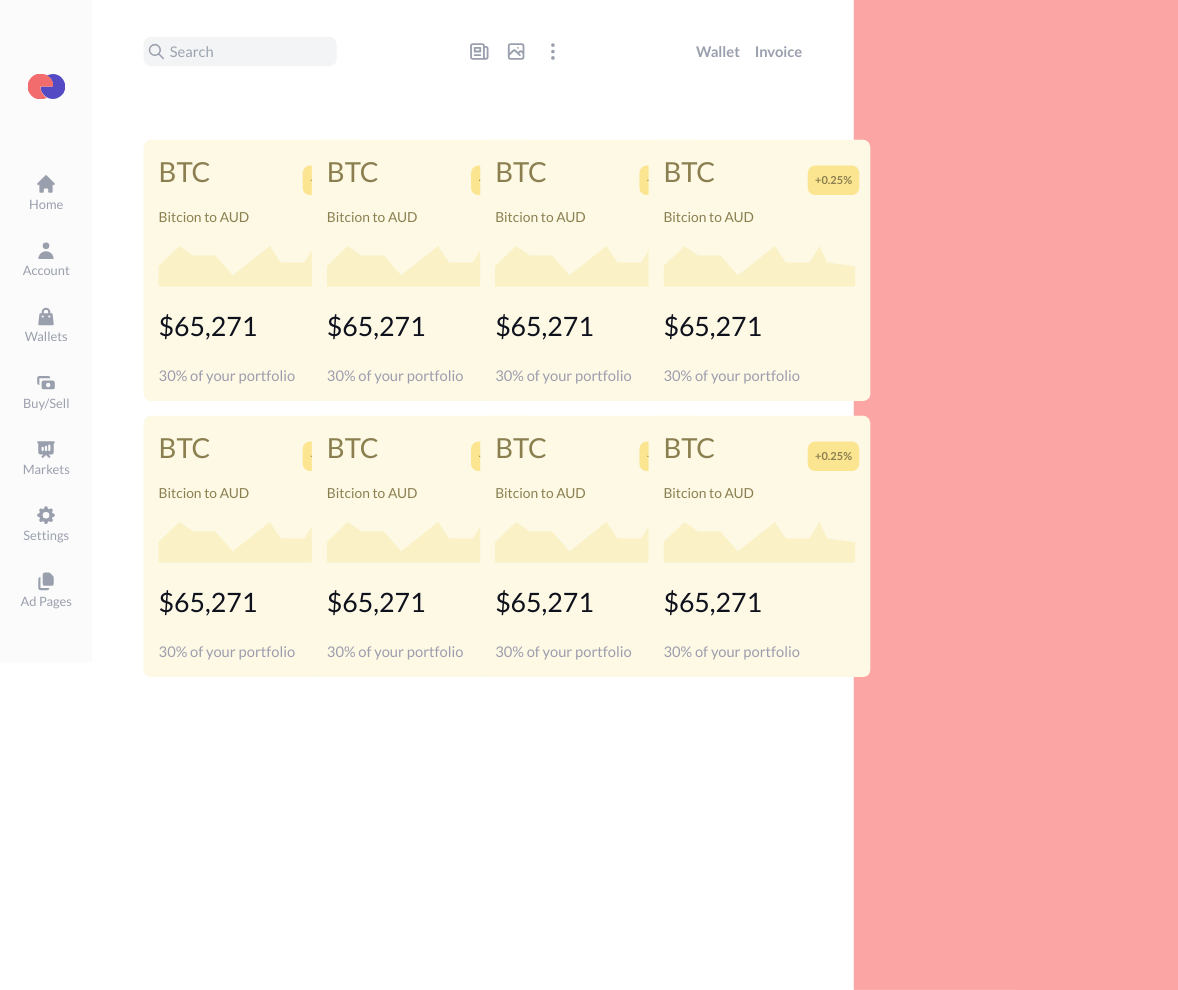
Repository: almaqdad55/crypto-app-nextjs
Page: /
These files come from the project's save history. The page is drawn as it stood at one moment and after the next save; the edit follows.
The browser window is 1280 px wide. The pictures show the whole page, at 92% of full size.
The project was rebuilt for these pictures with package versions that can differ from the ones it lists, and the page was loaded fresh each time. The framework's server and built-in components were replaced by stand-ins that run in the browser.

Above is the page before, as saved 2022-01-04 21:04:45.

### pages/index.js
import Head from 'next/head';
import Sidebar from '../components/Sidebar';
import Feed from '../components/Feed';
import Widget from '../components/Widget';

export default function Home() {
  return (
    <div className="">
      <Head>
        <title>Crypto Trade</title>
        <link rel="icon" href="/logo.svg" />
      </Head>

      <main className="flex">
        <Sidebar />
        <Feed />
        <Widget />
      </main>
    </div>
  );
}

### styles/globals.css
@import url('https://fonts.googleapis.com/css2?family=Lato:wght@300;400;700&display=swap');

@tailwind base;
@tailwind components;
@tailwind utilities;

@layer base {
  body {
    @apply bg-white font-Lato;
  }
}

@layer components {
  .icon-group {
    @apply flex flex-col  items-center text-sm cursor-pointer text-[#9A9FAD] hover:text-[#544AC3] transition duration-200;
  }
}

### components/Sidebar.jsx
import {
  HomeIcon,
  UserIcon,
  CashIcon,
  ShoppingBagIcon,
  PresentationChartBarIcon,
  CogIcon,
  DocumentDuplicateIcon,
} from '@heroicons/react/solid';

const Sidebar = () => {
  return (
    <div className="flex flex-col items-center  h-screen w-[142px]  bg-[#fbfbfb] ">
      <div className="mt-20">
        <img src="/logo.svg" alt="" />
      </div>
      <div className="mb-40 mt-20 flex flex-col space-y-7">
        <div className="icon-group group">
          <HomeIcon className="h-6 " />
          <span className="">Home</span>
        </div>
        <div className="icon-group group">
          <UserIcon className="h-6 " />
          <span className="">Account</span>
        </div>
        <div className="icon-group group">
          <ShoppingBagIcon className="h-6 " />
          <span className="">Wallets</span>
        </div>
        <div className="icon-group group ">
          <CashIcon className="h-6 " />
          <span className="">Buy/Sell</span>
        </div>
        <div className="icon-group group">
          <PresentationChartBarIcon className="h-6 " />
          <span className="">Markets</span>
        </div>
        <div className="icon-group group">
          <CogIcon className="h-6 " />
          <span className="">Settings</span>
        </div>
        <div className="icon-group group">
          <DocumentDuplicateIcon className="h-6 " />
          <span className="">Ad Pages</span>
        </div>
      </div>
    </div>
  );
};

export default Sidebar;

### components/Feed.jsx
import {
  DotsVerticalIcon,
  PhotographIcon,
  NewspaperIcon,
  SearchIcon,
} from '@heroicons/react/outline';

import Card from './Card';

// import { SearchIcon } from '@heroicons/react/solid';
const Feed = () => {
  return (
    <div className=" flex-grow  bg-white px-14 py-10 space-y-20">
      {/* Top Menu */}
      <div className="flex items-center  justify-between ">
        <div className="flex items-center bg-[#F2F4F5] rounded-lg p-1 space-x-1">
          <SearchIcon className="h-5 text-[#9A9FAD]" />
          <input
            type="text"
            placeholder={`Search`}
            className="outline-none bg-[#F2F4F5]"
          />
        </div>
        <div className="flex space-x-4 text-[#9A9FAD] ">
          <NewspaperIcon className="h-6 " />
          <PhotographIcon className="h-6 " />
          <DotsVerticalIcon className="h-6 " />
        </div>
        <div className="flex text-[16px] font-bold space-x-4 text-[#9A9FAD]  ">
          <p className="">Wallet</p>
          <p className="">Invoice</p>
        </div>
      </div>

      {/* Cards Display */}
      <div className="grid grid-cols-4 grid-rows-3 gap-4">
        <Card />
        <Card />
        <Card />
        <Card />
        <Card />
        <Card />
        <Card />
        <Card />
      </div>
    </div>
  );
};

export default Feed;

### components/Widget.jsx
const Widget = () => {
  return <div className="bg-red-300 min-w-[352px]"></div>;
};

export default Widget;

### components/Card.jsx
const Card = () => {
  return (
    <div className="  flex flex-col justify-between w-[241px] h-[284px] bg-[#FDF9E5] rounded-lg relative text-[#8B7F50] p-4">
      <div className="absolute bg-[#FBE591] text-[#8B7F50] text-xs rounded-lg p-2 font-bold top-7 right-3">
        +0.25%
      </div>
      <h1 className="text-3xl ">BTC</h1>
      <p className="text-[15px]">Bitcion to AUD</p>

      <img src="/bg-btc.svg" alt="" className="  " />
      <p className="text-[29px] text-[#0F111D]">$65,271</p>
      <p className="text-[#9D9DAE]">30% of your portfolio</p>
    </div>
  );
};

export default Card;

### tailwind.config.js
module.exports = {
  content: [
    './pages/**/*.{js,ts,jsx,tsx}',
    './components/**/*.{js,ts,jsx,tsx}',
  ],
  theme: {
    extend: {
      fontFamily: {
        Lato: ['Lato', 'sans-serif'],
      },
    },
  },
  plugins: [],
};

Loaded but not shown: pages/_app.js (common file)

After the next save:
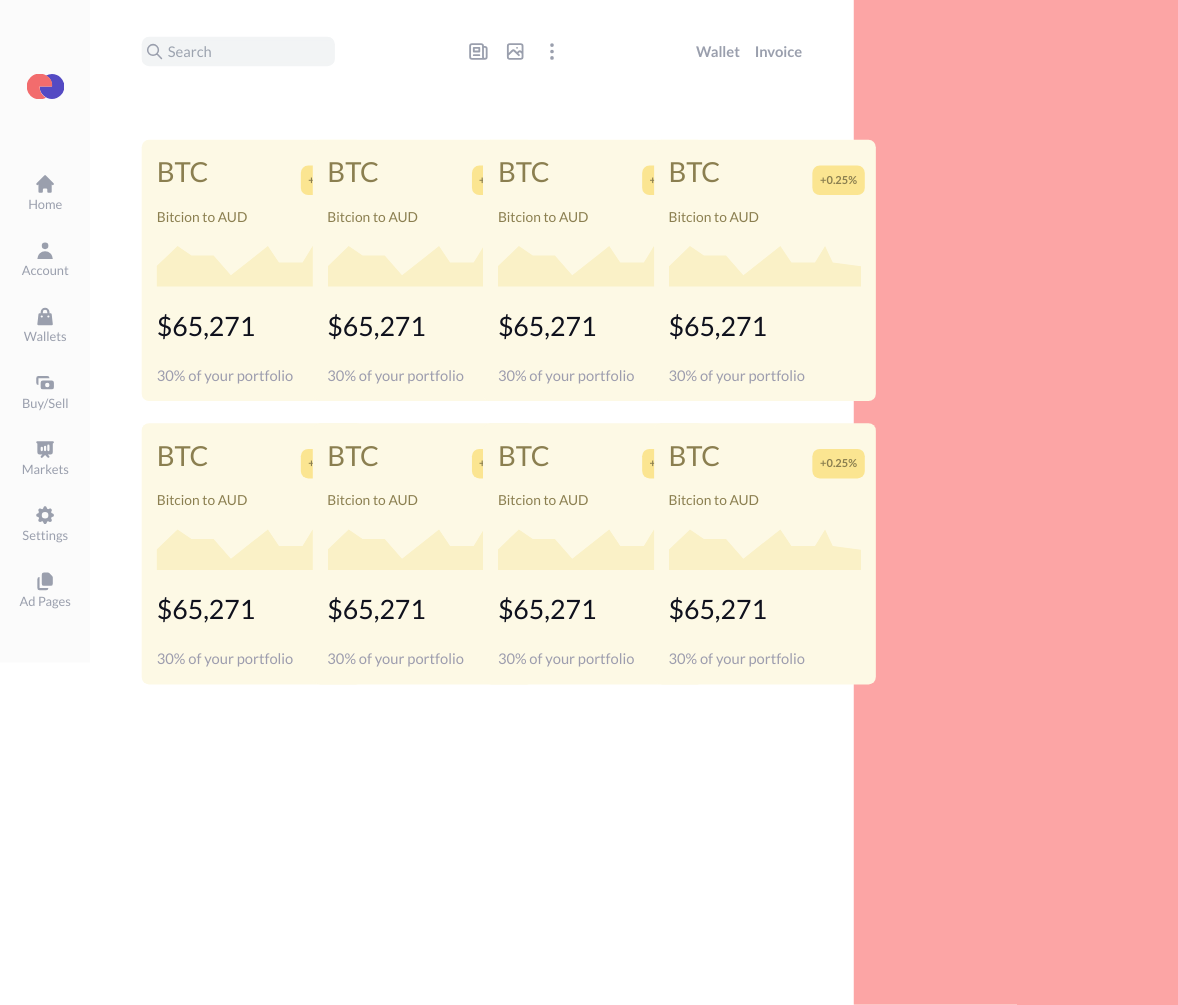
Saved 6 s later.
--- a/components/Feed.jsx
+++ b/components/Feed.jsx
@@ -33,7 +33,7 @@ const Feed = () => {
       </div>
 
       {/* Cards Display */}
-      <div className="grid grid-cols-4 grid-rows-3 gap-4">
+      <div className="grid grid-cols-4 grid-rows-3 gap-6">
         <Card />
         <Card />
         <Card />
